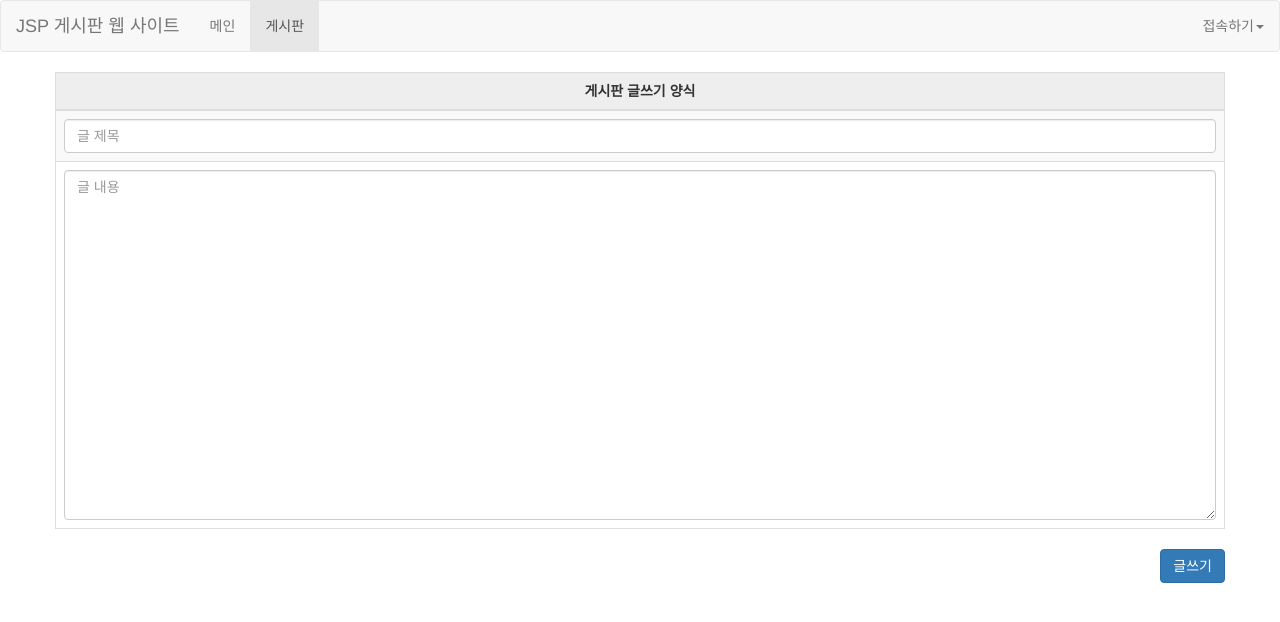
Repository: filola/web_project
Page: http://localhost/BBS/write.jsp
An editor plug-in stored every save of this project. The page is shown before and after the next save, followed by the edit.
The browser window is 1280 px wide. The pictures show the whole page.
Some web libraries are served in a nearby version. The page is served by Tomcat 9.

Above is the page before, as saved 2019-12-08 02:58:22.

After the next save:
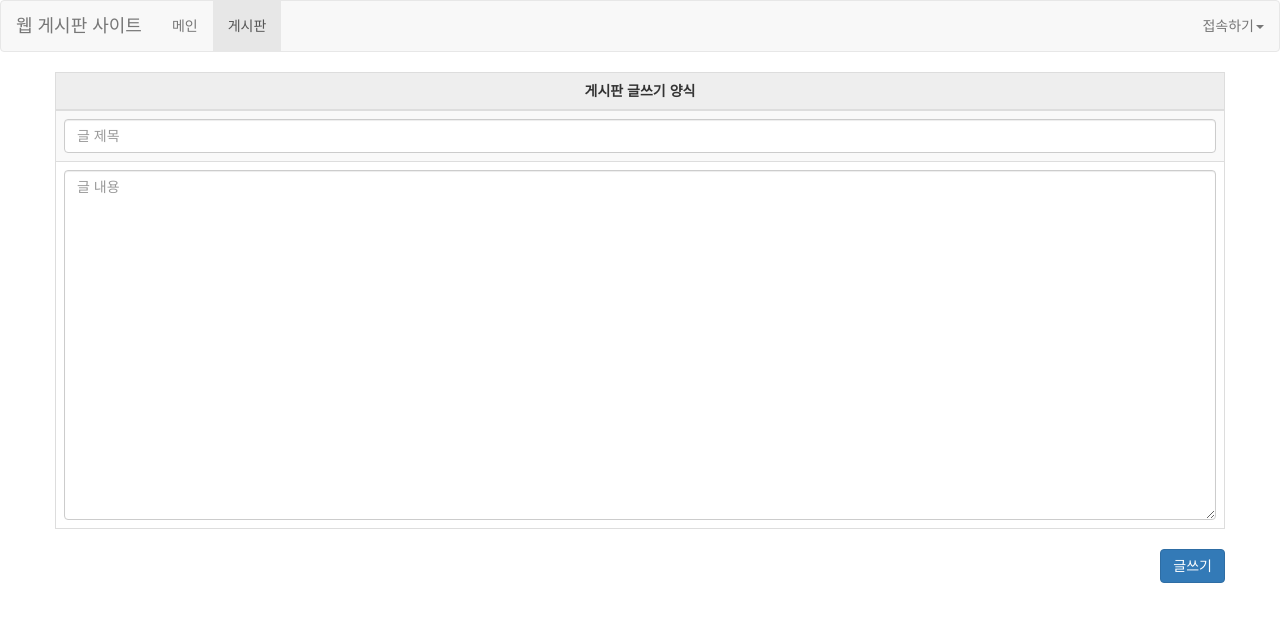
Saved 2 min 1 s later.
--- a/projects/BBS/WebContent/write.jsp
+++ b/projects/BBS/WebContent/write.jsp
@@ -25,7 +25,7 @@
 				<span class="icon-bar"></span>
 				<span class="icon-bar"></span>
 			</button>
-			<a class="navbar-brand" href="main.jsp">JSP 게시판 웹 사이트</a>
+			<a class="navbar-brand" href="main.jsp">웹 게시판 사이트</a>
 		</div>
 		<div class="collapse navbar-collapse" id="bs-example-navbar-collapse-1">
 			<ul class="nav navbar-nav">
